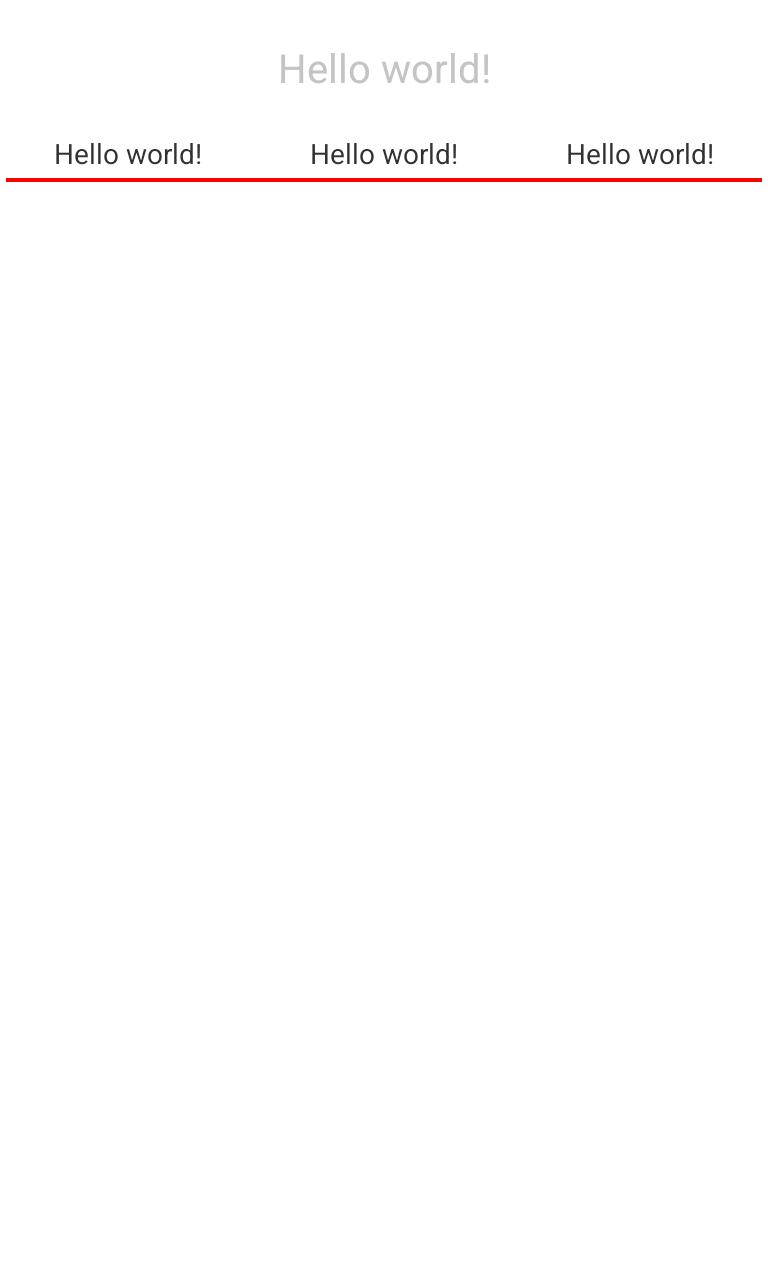
Repository: colincove/IAT381-Android
Layout: ColinCove_Assignment02/res/layout/activity_sensor_info.xml
The author's editor kept a copy of each file at every save. The layout is drawn from the files as they stood at one save, then again after the next save.
It is drawn on a 768 x 1280 px phone screen (xhdpi) without system bars, with theme AppTheme; the app's code is not run.

Above is the layout before, as saved 2013-10-04 18:58:55.

### ColinCove_Assignment02/res/layout/activity_sensor_info.xml
<?xml version="1.0" encoding="utf-8"?>
<TableLayout xmlns:android="http://schemas.android.com/apk/res/android"
    android:layout_width="fill_parent"
    android:layout_height="fill_parent"
    android:orientation="vertical"
    android:id="@id/sensor_display_layout"
    android:stretchColumns="*"
     android:shrinkColumns="*"
     >
    <TableRow android:layout_width="wrap_content"
        android:layout_height="wrap_content"
        >
        <TextView
  android:textColor="@color/low_contrast"
  android:layout_marginTop="20dip"
  android:layout_marginBottom="20dip"
            android:textSize="20sp"
            android:gravity="center"
           android:layout_span="3"
        android:layout_width="wrap_content"
        android:layout_height="wrap_content"
        android:text="@string/hello_world" />
    </TableRow>
      <TableRow android:layout_width="fill_parent"
        android:layout_height="wrap_content">
        <TextView
            android:gravity="center"
            android:layout_span="1"
        android:layout_width="wrap_content"
        android:layout_height="wrap_content"
        android:text="@string/hello_world" />
        <TextView
            android:gravity="center"
            android:layout_span="1"
        android:layout_width="wrap_content"
        android:layout_height="wrap_content"
        android:text="@string/hello_world" />
        <TextView
            android:gravity="center"
            android:layout_span="1"
        android:layout_width="wrap_content"
        android:layout_height="wrap_content"
        android:text="@string/hello_world" />
    </TableRow>
    <View
        android:layout_height="2dip"
        android:layout_margin="3dip"
        android:background="#FF0000" />
</TableLayout>

### ColinCove_Assignment02/res/values/colors.xml
<?xml version="1.0" encoding="utf-8"?>
<resources>
    <color name="low_contrast" >#c4c4c4</color>
</resources>

### ColinCove_Assignment02/res/values/strings.xml
<?xml version="1.0" encoding="utf-8"?>
<resources>

    <string name="app_name">ColinCove_Assignment02</string>
    <string name="action_settings">Settings</string>
    <string name="hello_world">Hello world!</string>
    <string name="test_btn">My Test Button</string>
    <!-- Sensor Info Titles -->
    <string name="resolution_title">Sensor Resolution</string>
    <string name="max_range_title">Max Range</string>
    <string name="min_delay_title">Min Range</string>
    <string name="power_title">Power</string>
<string name="type_title">Type</string>
<string name="vendor_title">Vendor</string>
<string name="version_title">Version</string>
</resources>

Loaded but not shown: ColinCove_Assignment02/res/values/styles.xml (common file); ColinCove_Assignment02/res/values-v11/styles.xml (common file); ColinCove_Assignment02/res/values-v14/styles.xml (common file)

After the next save:
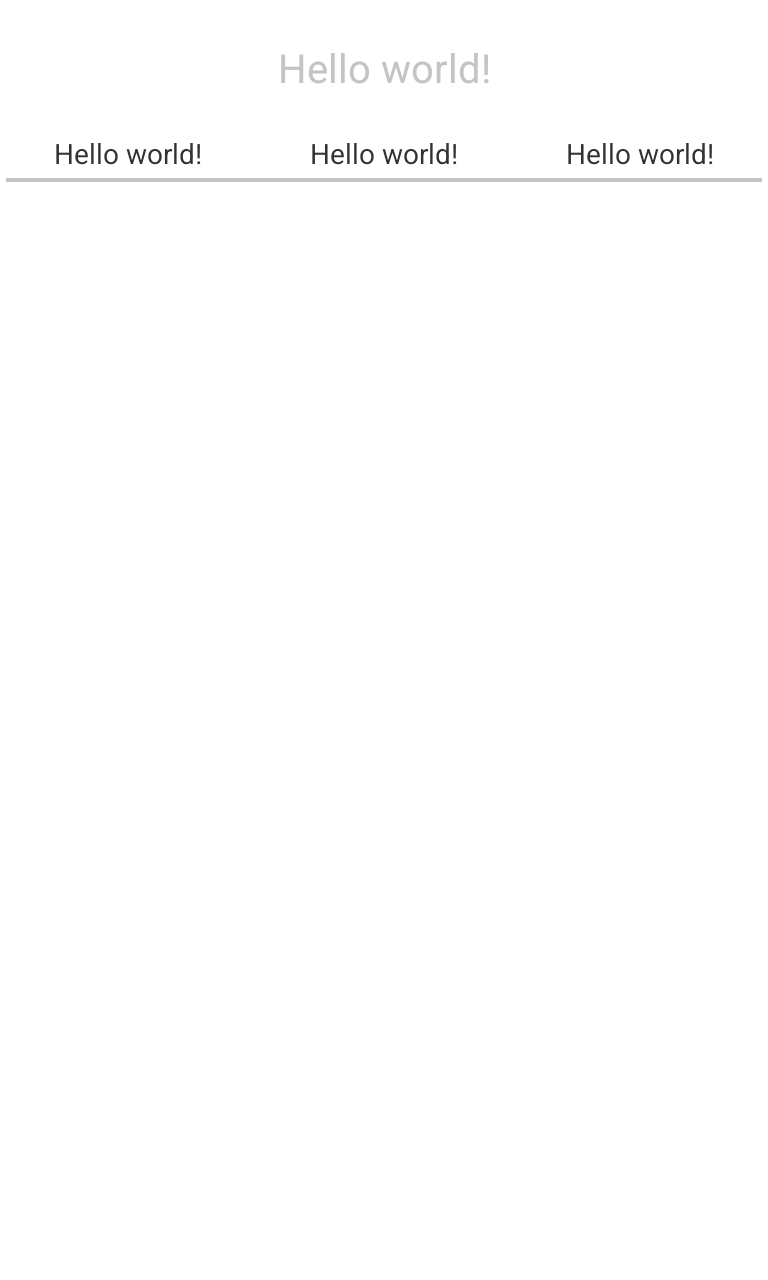
Saved 64 s later.
--- a/ColinCove_Assignment02/res/layout/activity_sensor_info.xml
+++ b/ColinCove_Assignment02/res/layout/activity_sensor_info.xml
@@ -45,5 +45,5 @@
     <View
         android:layout_height="2dip"
         android:layout_margin="3dip"
-        android:background="#FF0000" />
+        android:background="@color/low_contrast" />
 </TableLayout>
